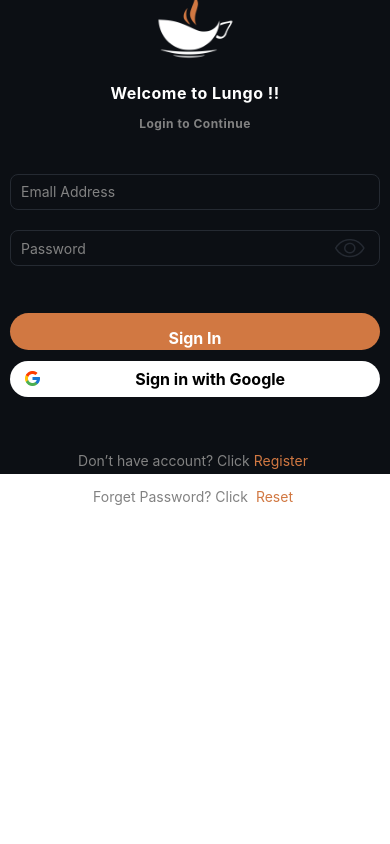
Repository: nguoilaisaochoi/App-coffe
Screen: /
The author's editor kept a copy of each file at every save. The screen is drawn from the files as they stood at one save, then again after a run of saves.
The app was drawn by React Native's web renderer in a window 390 px wide. The project was rebuilt for these pictures with package versions that can differ from the ones it lists, and the page was loaded fresh each time.

Above is the screen before, as saved 2024-01-12 20:55:41.

After the next 2 saves:
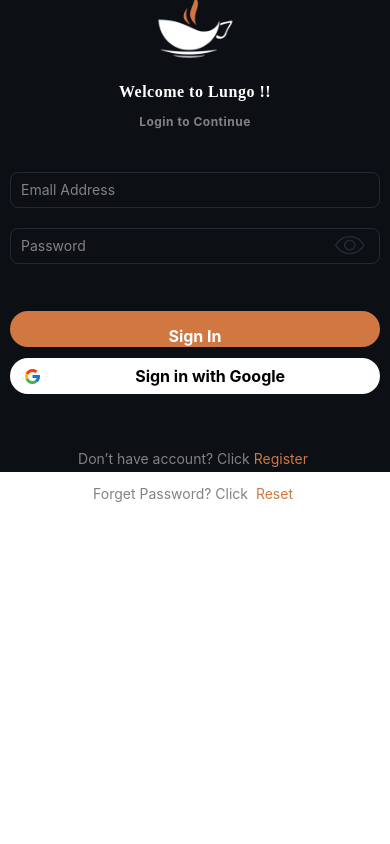
The 2 saves are shown as one change because they came seconds apart.
The last was saved 3 s later.
--- a/src/Login.js
+++ b/src/Login.js
@@ -7,7 +7,7 @@
   Text,
 } from 'react-native';
 import React, {useState} from 'react';
-import {FontFamily, Color, Border, FontSize, Padding} from '../src';
+import {FontFamily, Color, Border, FontSize, Padding} from '../src/Globalstyle';
 
 const Login = () => {
   const [password, setPassword] = useState('');

After the 6 saves that followed:
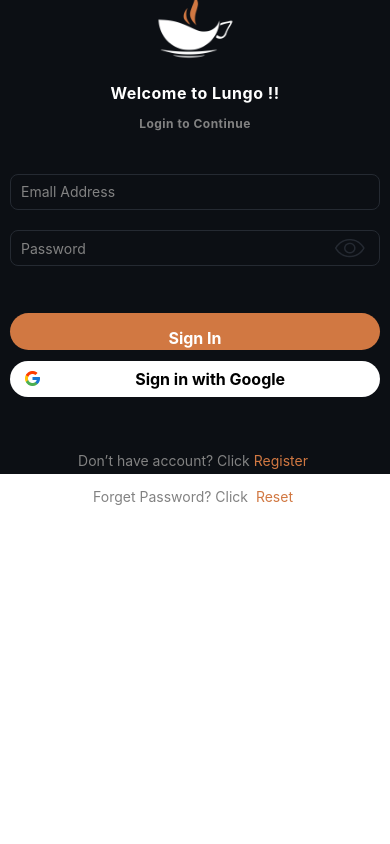
The 6 saves are shown as one change because 1 did not build or start and 3 left the picture as it was and some came seconds apart.
The last was saved 61 s later.
--- a/src/Login.js
+++ b/src/Login.js
@@ -7,7 +7,7 @@
   Text,
 } from 'react-native';
 import React, {useState} from 'react';
-import {FontFamily, Color, Border, FontSize, Padding} from '../src/Globalstyle';
+
 
 const Login = () => {
   const [password, setPassword] = useState('');
@@ -93,7 +93,6 @@
     color: '#FFF',
     fontSize: 16,
     fontWeight: '700',
-    fontFamily: FontFamily.poppinsBold,
     letterSpacing: 0.5,
     marginBottom: '2%',
   },
